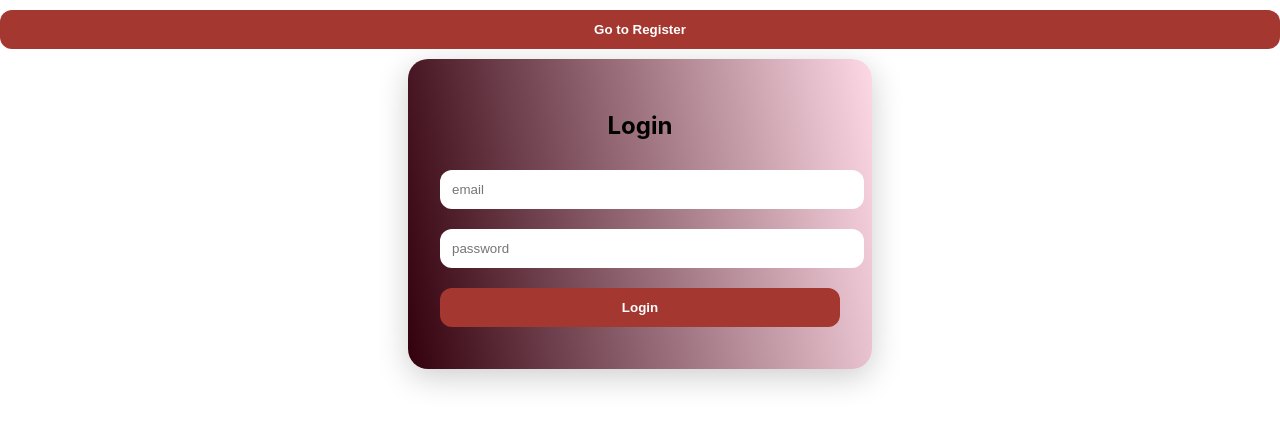
Repository: aab232/https---github.com-aab232-Deferred-Payment-Platform
Page: / (app in frontend/)
These files come from the project's save history. The page is drawn as it stood at one moment and after the next save; the edit follows.
The browser window is 1280 px wide. The pictures show the whole page.
The project was rebuilt for these pictures with package versions that can differ from the ones it lists, and the page was loaded fresh each time. Also part of the build but not shown: frontend/src/components/Register.js.

Above is the page before, as saved 2025-03-14 01:30:19.

### frontend/src/App.js
import React, { useState } from "react";
import Register from "./components/Register";
import Login from "./components/Login";

const App = () => {
    const [showLogin, setShowLogin] = useState(true);

    return (
        <div>
            <button onClick={() => setShowLogin(!showLogin)}>
                {showLogin ? "Go to Register" : "Go to Login"}
            </button>
            {showLogin ? <Login /> : <Register />}
        </div>
    );
};

export default App;

### frontend/src/components/Login.js
import React, { useState } from "react";
import axios from "axios";
import "./Login.css"; // Import the CSS for Login page

const Login = () => {
    const [formData, setFormData] = useState({
        email: "",
        password: "",
    });

    const handleChange = (e) => {
        setFormData({ ...formData, [e.target.name]: e.target.value });
    };

    const handleSubmit = async (e) => {
        e.preventDefault();
        try {
            const response = await axios.post("http://localhost:5000/login", formData);
            alert(response.data.message);
        } catch (error) {
            alert(error.response?.data.message || "Login failed.");
        }
    };

    return (
        <div className="container">
            <h2>Login</h2>
            <form onSubmit={handleSubmit}>
                {Object.keys(formData).map((field) => (
                    <input
                        key={field}
                        type={field === "password" ? "password" : "text"}
                        name={field}
                        placeholder={field}
                        value={formData[field]}
                        onChange={handleChange}
                        required
                    />
                ))}
                <button type="submit">Login</button>
            </form>
        </div>
    );
};

export default Login;

### frontend/src/components/Register.css
/* Styling for the Registration Form */
.form-container {
    max-width: 400px;
    margin: auto;
    padding: 2rem;
    background: linear-gradient(80deg, #33000D, #FDD9E5);
    border-radius: 20px;
    box-shadow: 0 8px 32px rgba(0, 0, 0, 0.2);
    text-align: center;
  }

  input, button {
    margin: 10px 0;
    padding: 12px;
    width: 100%;
    border-radius: 12px;
    border: none;
  }

  button {
    background-color: #6a11cb;
    color: white;
    font-weight: bold;
    cursor: pointer;
  }

  p {
    cursor: pointer;
    color: #6a11cb;
  }

### frontend/src/components/Login.css
/* Styling for the Login Form */
.container {
    max-width: 400px;
    margin: auto;
    padding: 2rem;
    background: linear-gradient(80deg, #33000D, #FDD9E5);
    border-radius: 20px;
    box-shadow: 0 8px 32px rgba(0, 0, 0, 0.2);
    text-align: center;
  }

  input, button {
    margin: 10px 0;
    padding: 12px;
    width: 100%;
    border-radius: 12px;
    border: none;
  }

  button {
    background-color: #a4372f;
    color: white;
    font-weight: bold;
    cursor: pointer;
  }

  p {
    cursor: pointer;
    color: #a4372f;
  }

Loaded but not shown: frontend/public/index.html (common file); frontend/src/index.js (common file); frontend/src/index.css (common file); frontend/src/reportWebVitals.js (common file)

After the next save:
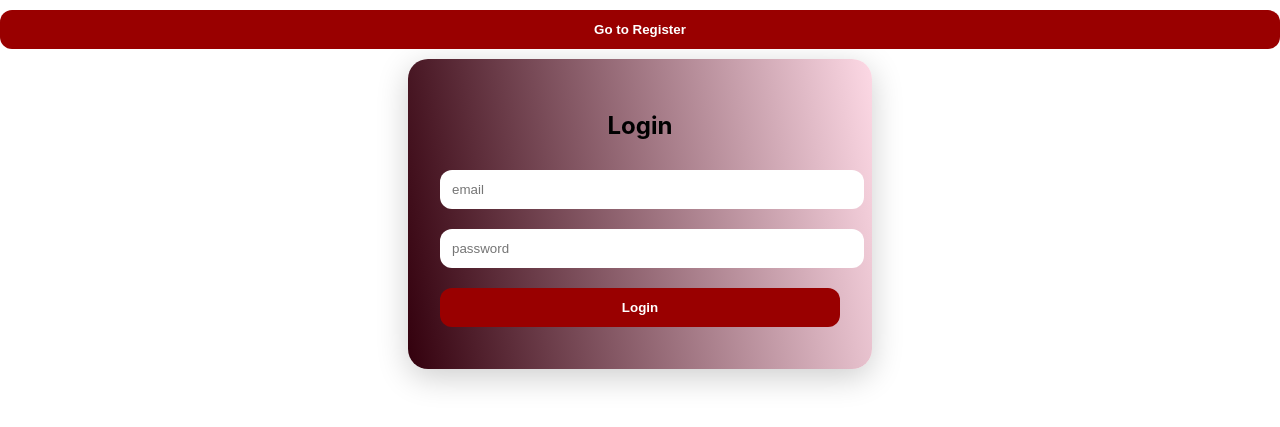
Saved 48 s later.
--- a/frontend/src/components/Login.css
+++ b/frontend/src/components/Login.css
@@ -18,7 +18,7 @@
   }
 
   button {
-    background-color: #a4372f;
+    background-color: #900;
     color: white;
     font-weight: bold;
     cursor: pointer;
@@ -26,5 +26,5 @@
 
   p {
     cursor: pointer;
-    color: #a4372f;
+    color: #900;
   }
